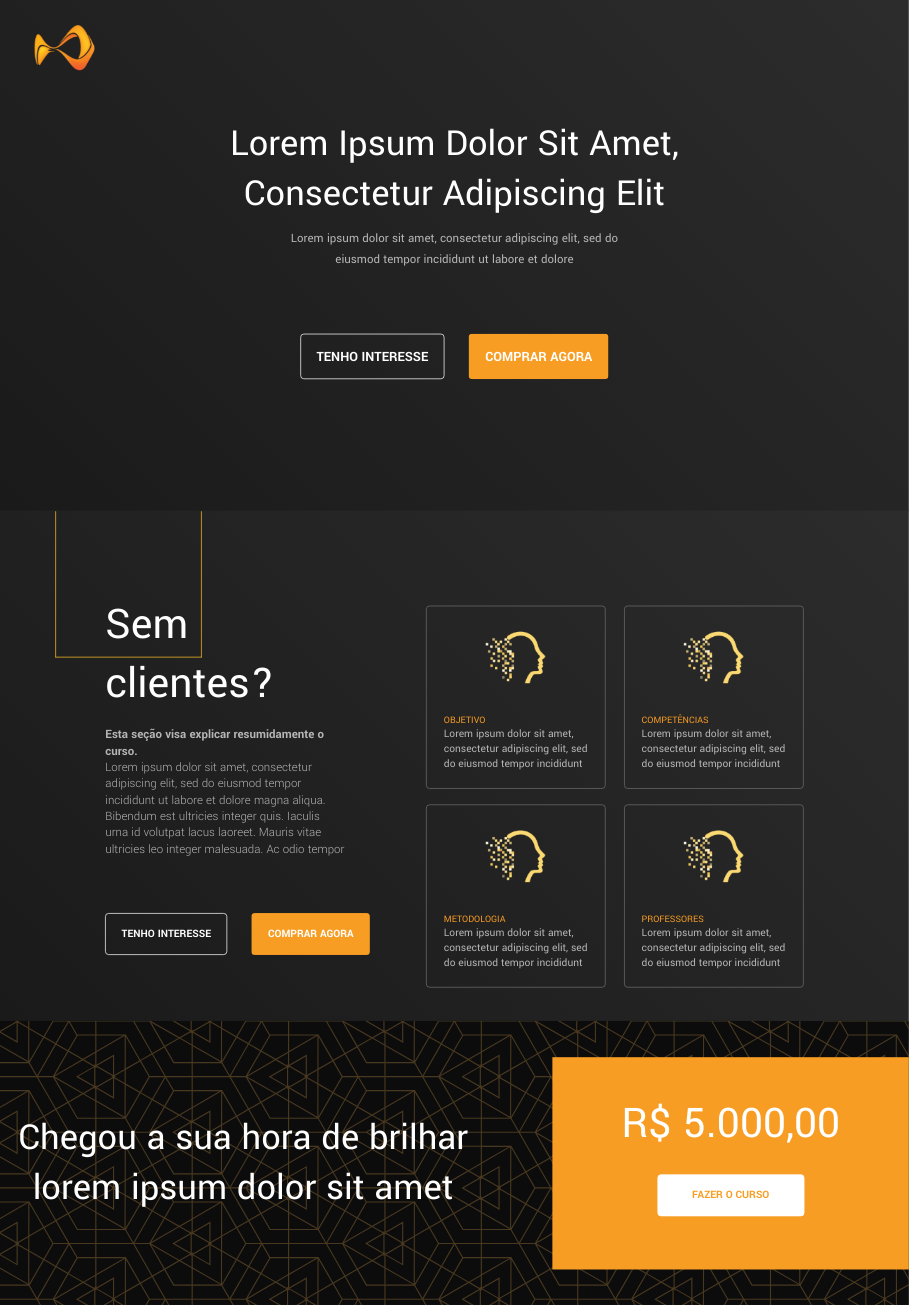
Repository: Rafael-Araujo-dev/Treinamento-Raccoon
Page: Projeto-2/index.html
An editor plug-in stored every save of this project. The page is shown before and after a run of saves, followed by the edit.
The browser window is 1280 px wide. The pictures show the whole page, at 71% of full size.

Above is the page before, as saved 2021-09-23 11:20:48.

After the next 2 saves:
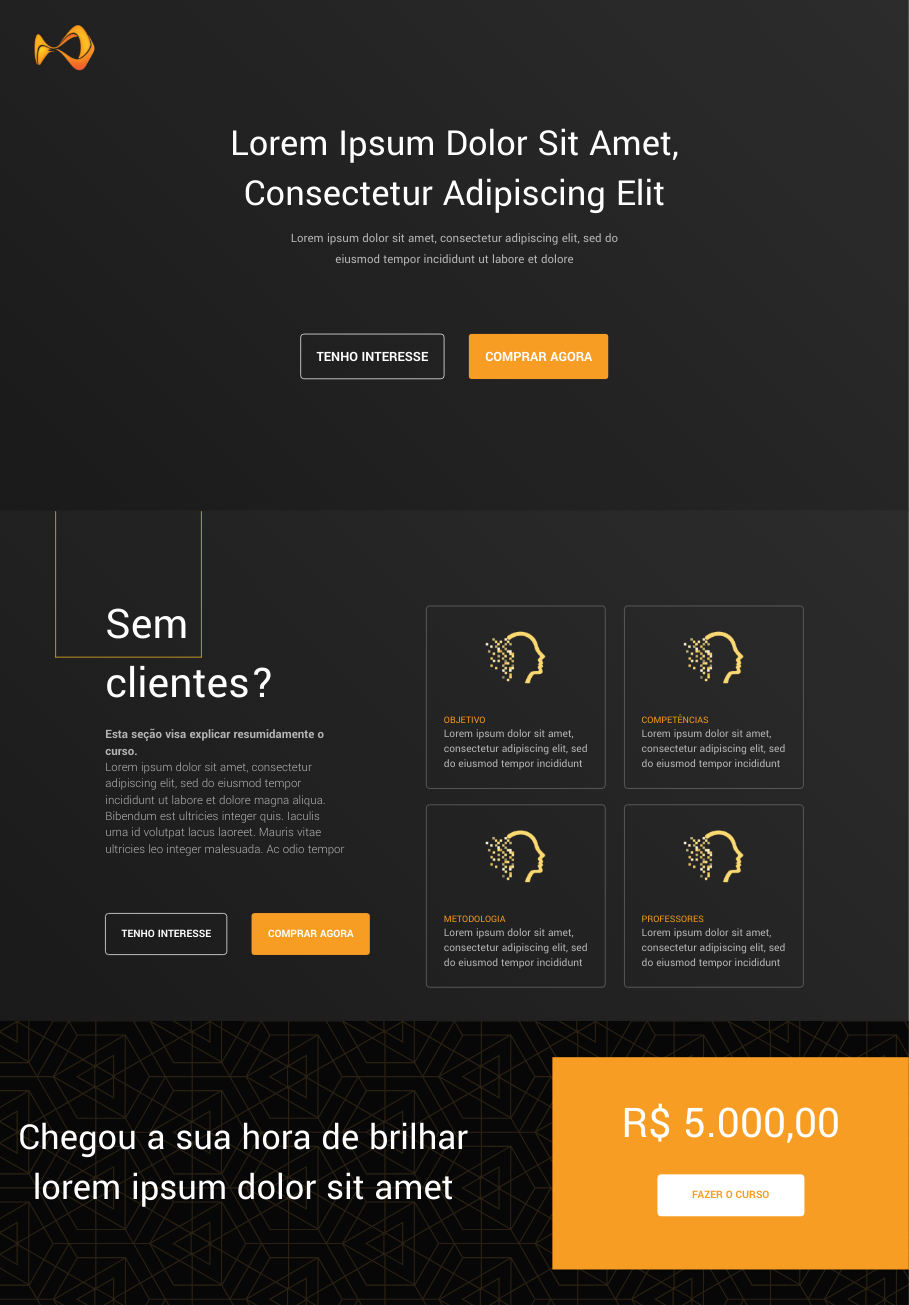
The 2 saves are shown as one change because they came seconds apart.
The last was saved 8 s later.
--- a/Projeto-2/css/style.css
+++ b/Projeto-2/css/style.css
@@ -340,7 +340,7 @@
 }
 
 .take-course .container{
-    background-color: rgba(0,0,0,0.5);
+    background-color: rgba(0,0,0,0.7);
 }
 
 .take-course .container {
